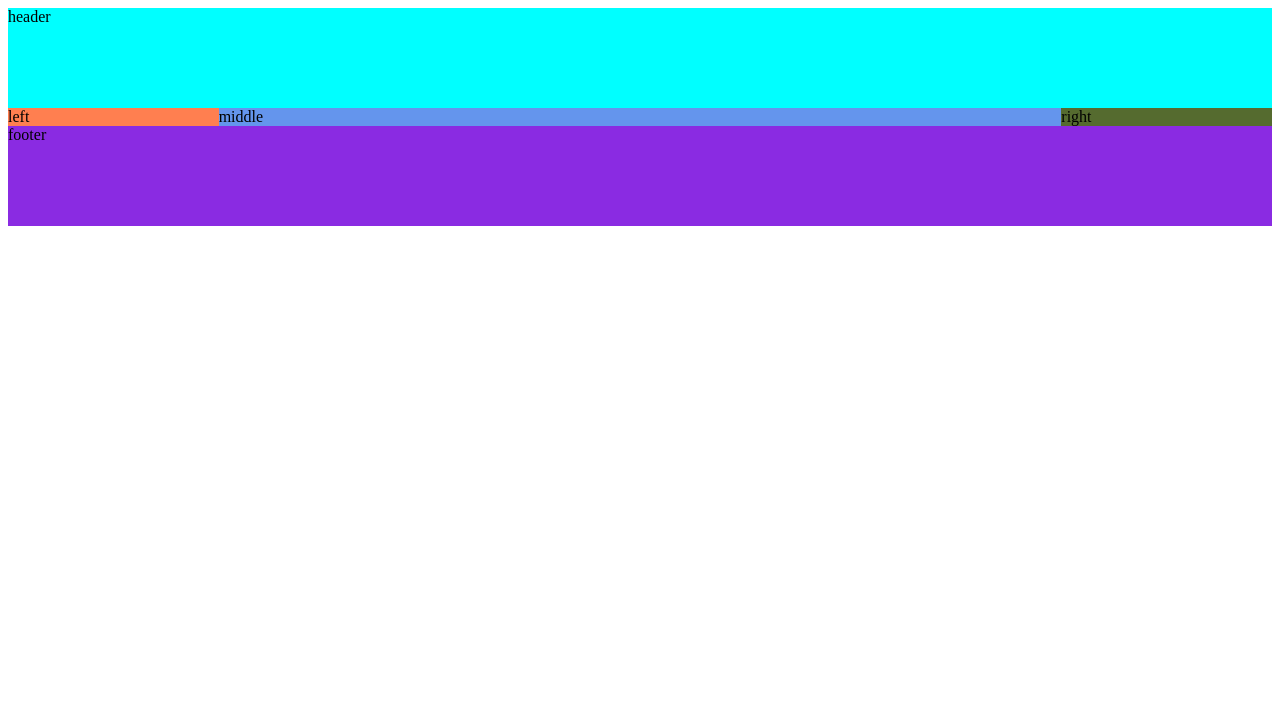
Repository: greden0814/myBlog
Page: /#/pages/myInfo
These files come from the project's save history. The page is drawn as it stood at one moment and after the next save; the edit follows.
The browser window is 1280 px wide. The pictures show the whole page.
The project was rebuilt for these pictures with package versions that can differ from the ones it lists, and the page was loaded fresh each time.

Above is the page before, as saved 2021-07-16 19:41:55.

After the next save:
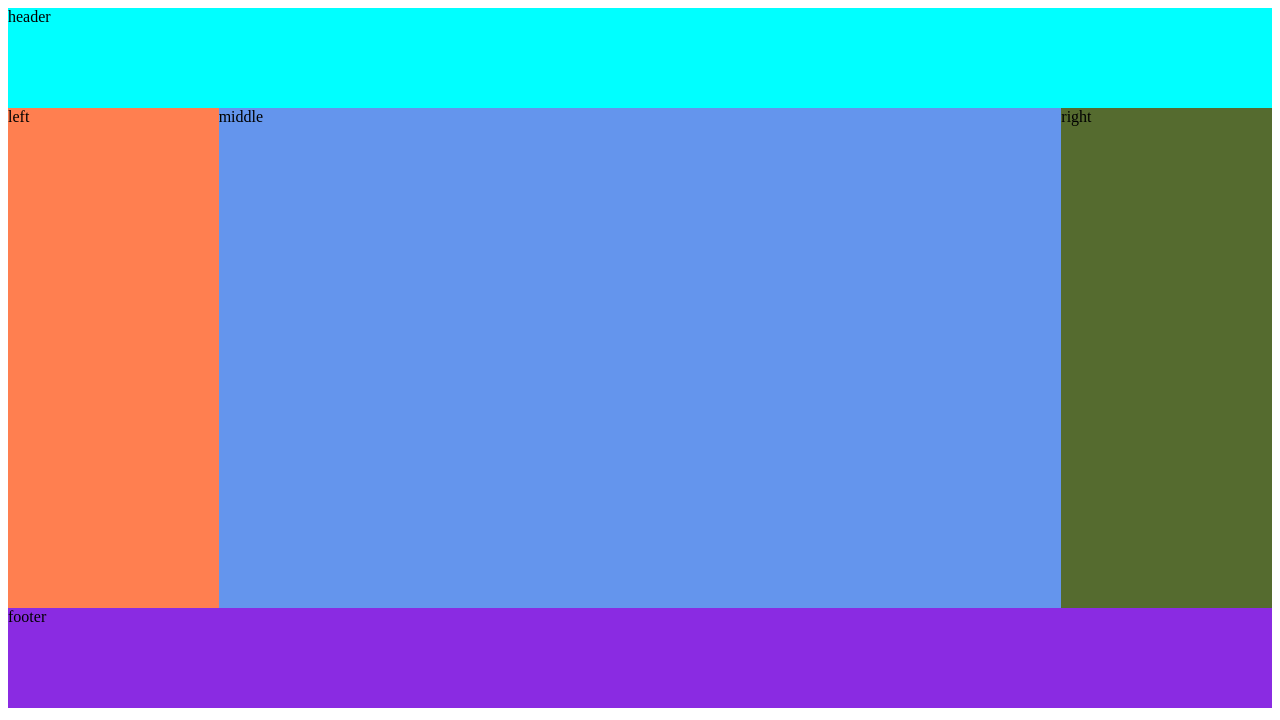
Saved 53 s later.
--- a/src/views/myInfo/index.vue
+++ b/src/views/myInfo/index.vue
@@ -24,6 +24,7 @@ export default {
   }
   .body {
     display: flex;
+    height: 500px;
     .left {
       background-color: coral;
       flex: 2;
